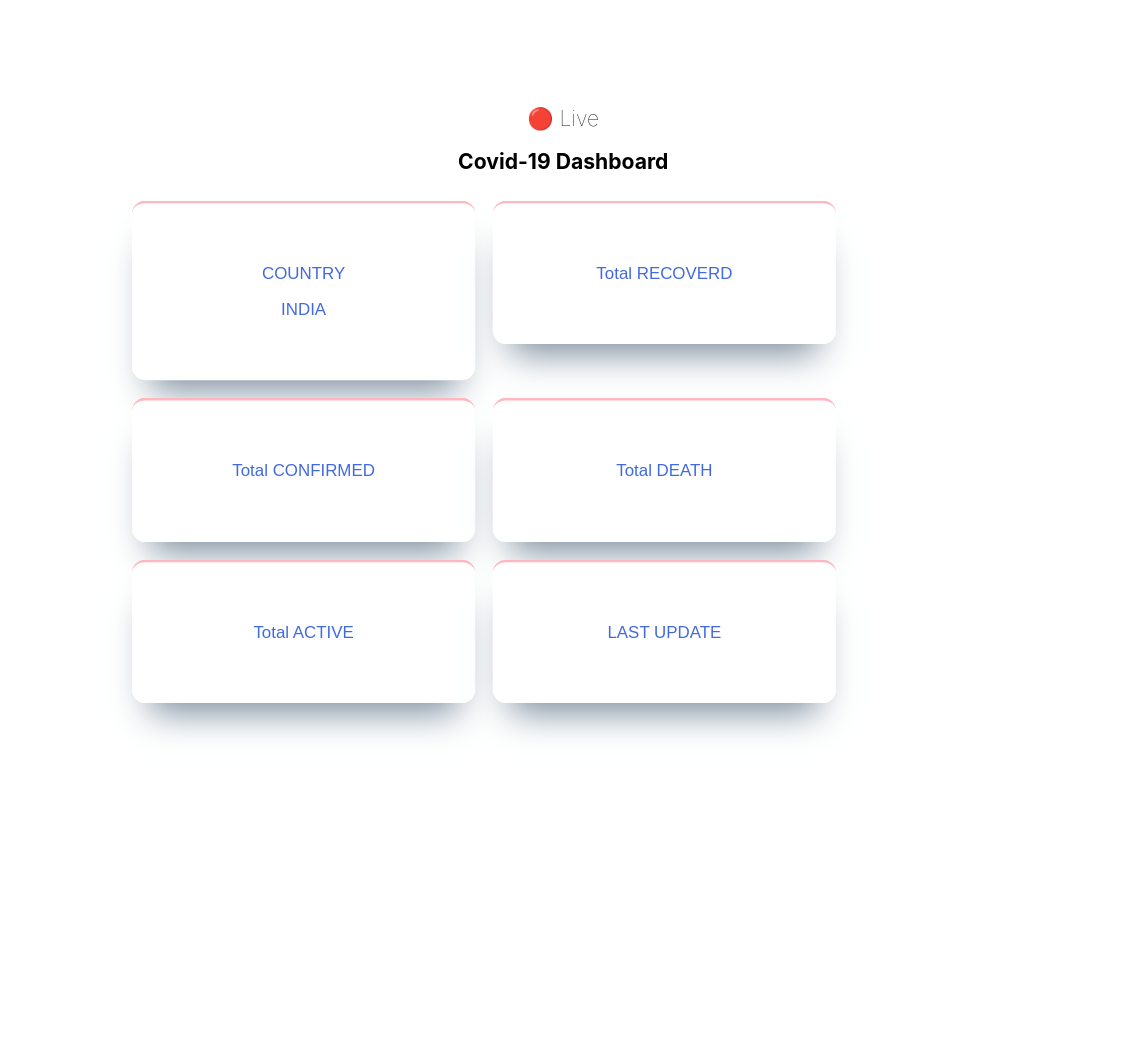
Repository: Aniketlamage/covid19-dashboard
Page: /
These files come from the project's save history. The page is drawn as it stood at one moment and after the next save; the edit follows.
The browser window is 1280 px wide. The pictures show the whole page, at 88% of full size.
The page's requests for data from a server got no answer. The project was rebuilt for these pictures with package versions that can differ from the ones it lists, and the page was loaded fresh each time. No one was signed in, and anything a server would have sent is missing.

Above is the page before, as saved 2021-09-30 21:32:43.

After the next save:
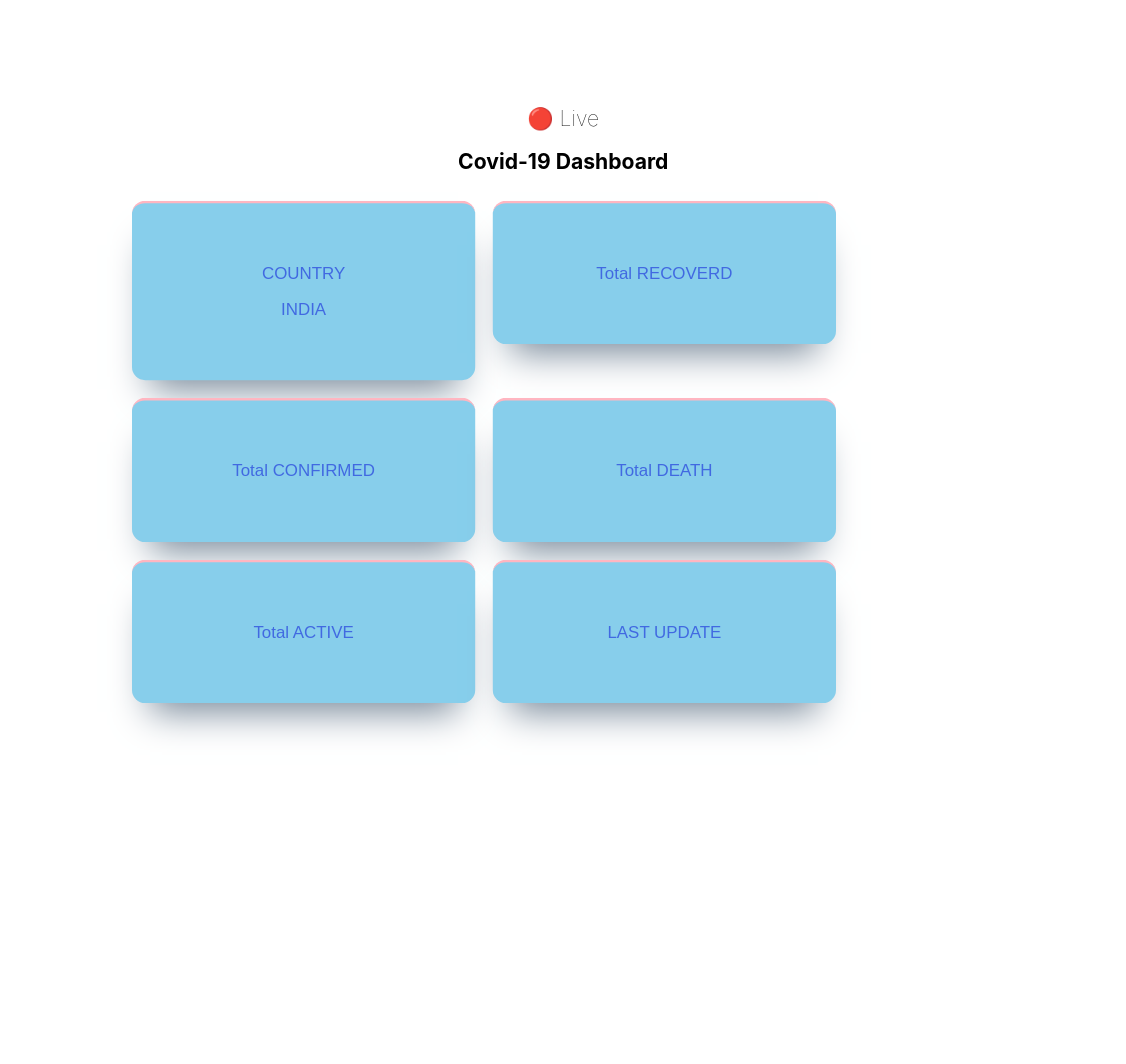
Saved 20 s later.
--- a/src/components/covid.css
+++ b/src/components/covid.css
@@ -27,7 +27,7 @@ ul{
     flex-wrap: wrap;
 }
 div.card__main{
-    background-color: white;
+    background-color: skyblue;
 
     border-radius: 15px;
     border-top: lightpink solid;
